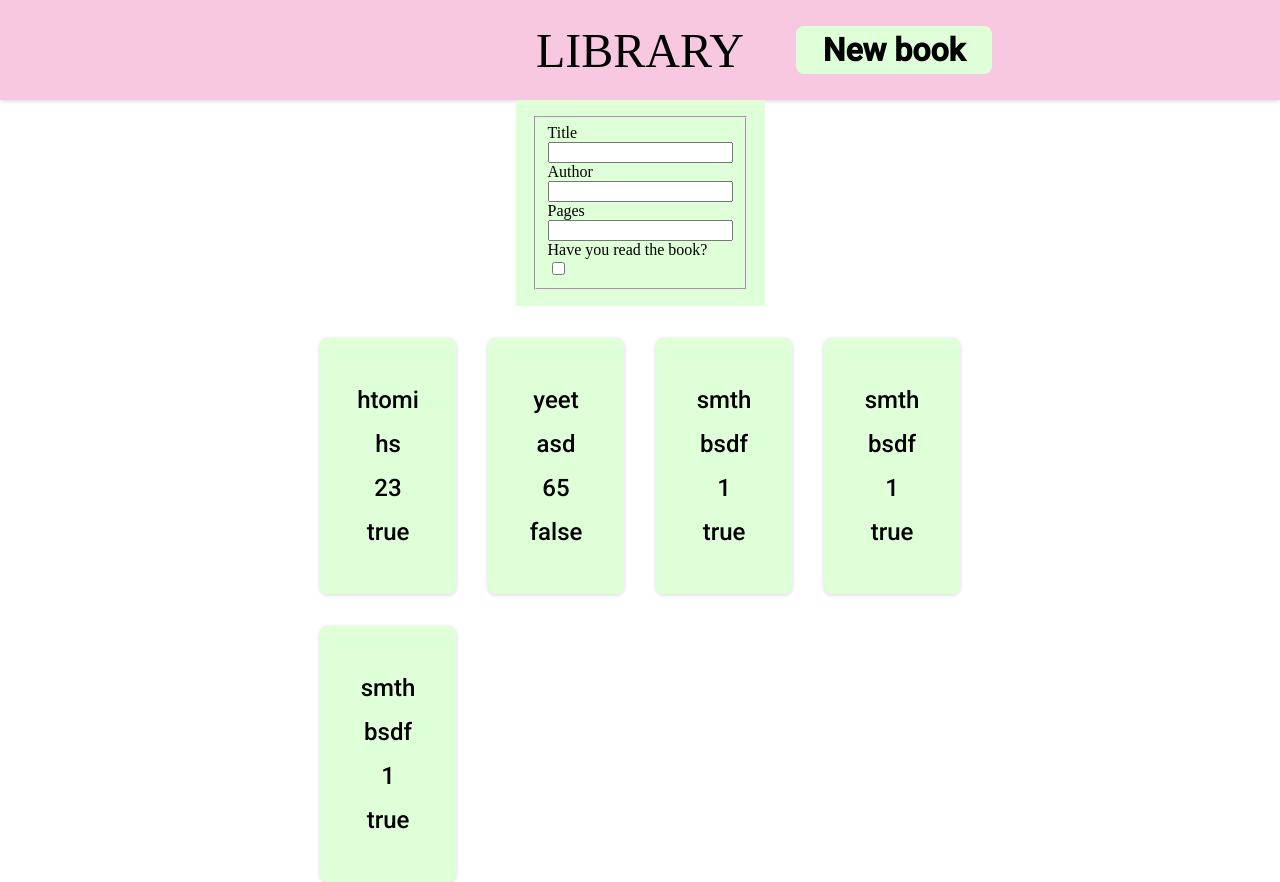
Repository: yeetzpxoci/library
Page: index.html
An editor plug-in stored every save of this project. The page is shown before and after the next save, followed by the edit.
The browser window is 1280 px wide. The pictures show the whole page.
Some web fonts or font styles are not loaded; a fallback is used.

Above is the page before, as saved 2023-02-21 15:54:57.

After the next save:
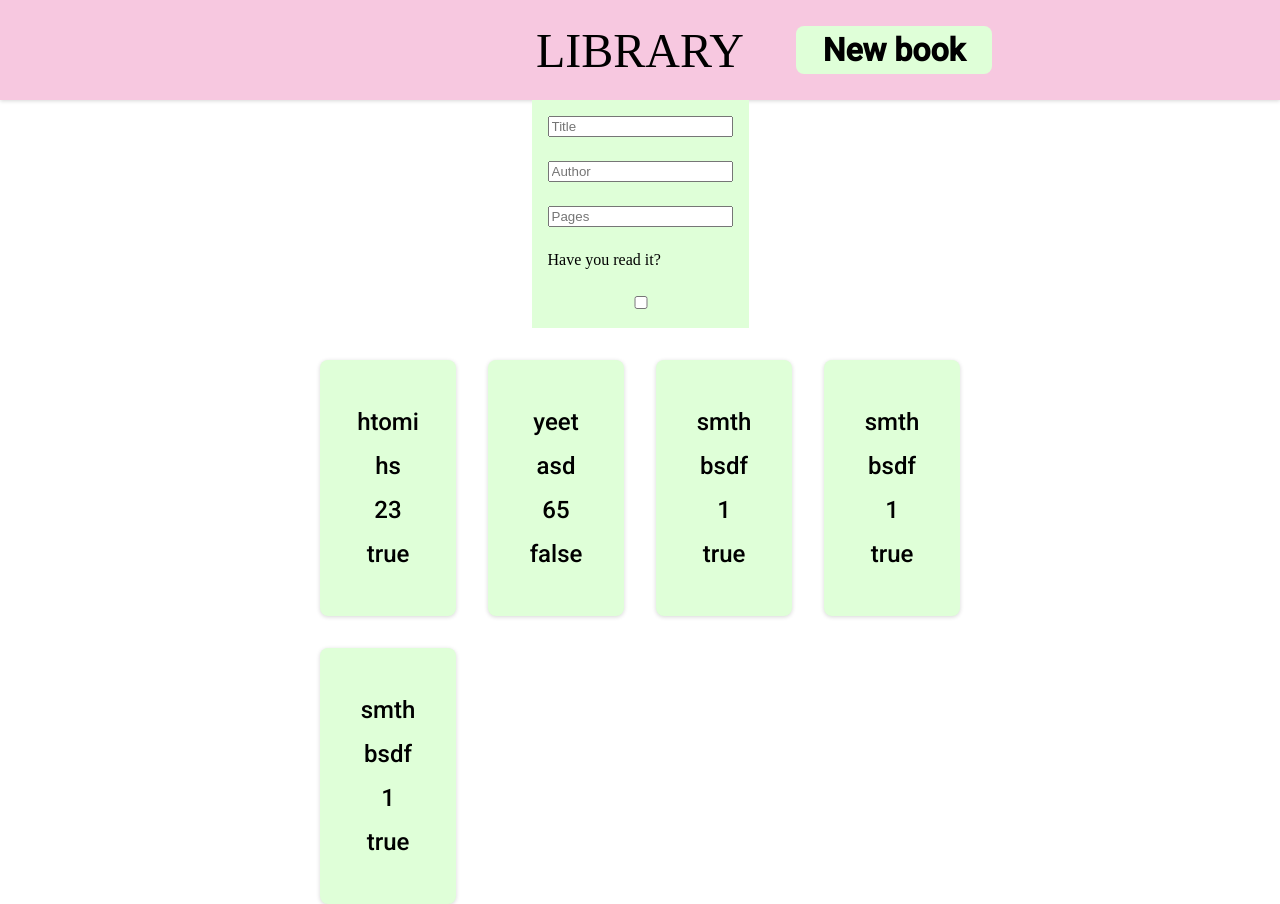
Saved 2 min 5 s later.
--- a/index.html
+++ b/index.html
@@ -19,16 +19,11 @@
     </div>
 
     <form id="input-form">
-        <fieldset>
-            <label for="title">Title</label>
-            <input type="text" name="title" id="title">
-            <label for="author">Author</label>
-            <input type="text" name="author" id="author">
-            <label for="pages">Pages</label>
-            <input type="number" name="pages" id="pages">
-            <label for="read">Have you read the book?</label>
+            <input type="text" name="title" id="title" placeholder="Title">
+            <input type="text" name="author" id="author" placeholder="Author">
+            <input type="number" name="pages" id="pages" placeholder="Pages">
+            <label for="read">Have you read it?</label>
             <input type="checkbox" name="read" id="read">
-        </fieldset>
     </form>
 
     <div id="cards">
